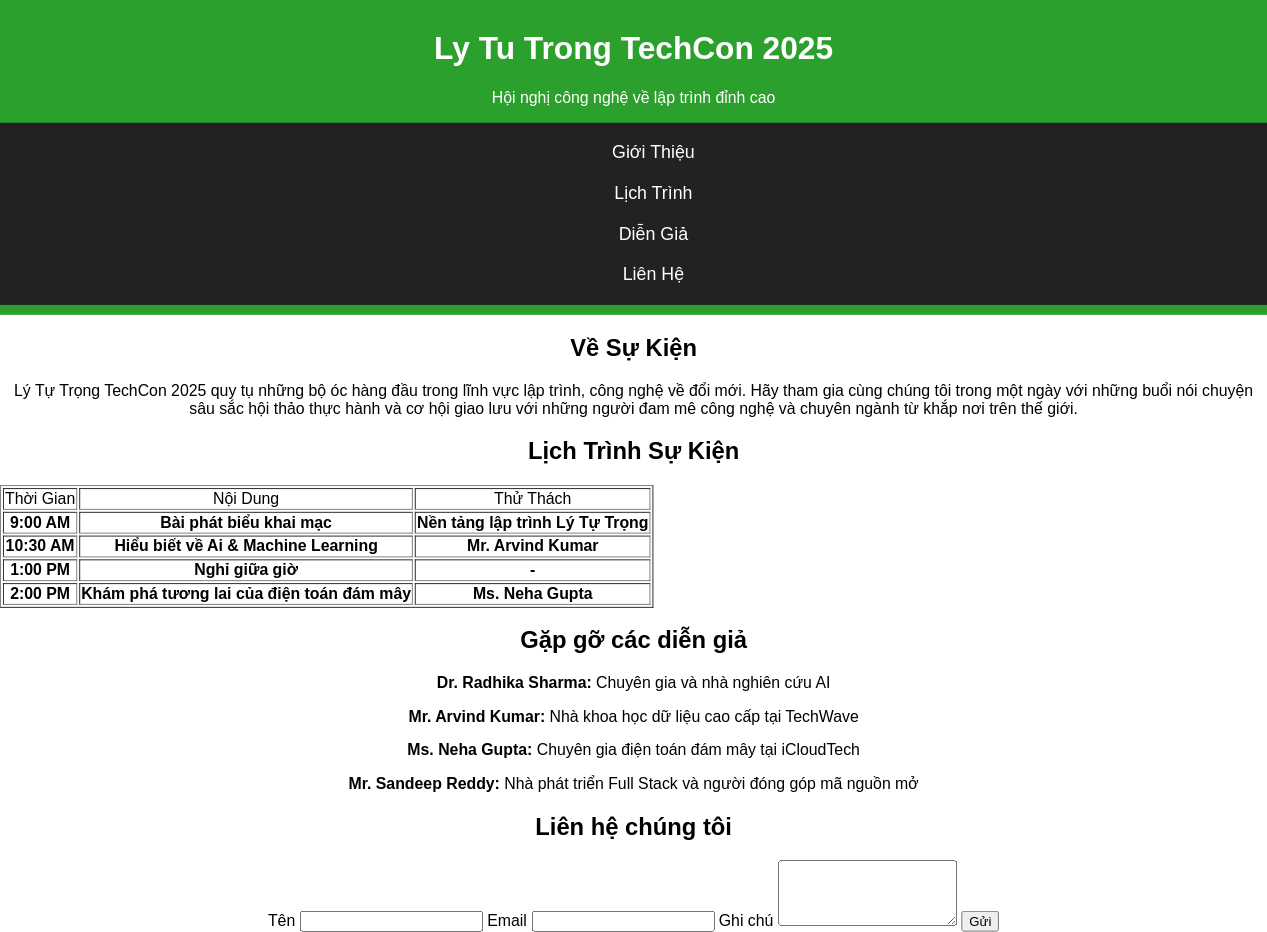
Repository: NhatMinh121/BaiTapVeNha1
Page: index.html
These files come from the project's save history. The page is drawn as it stood at one moment and after the next save; the edit follows.
The browser window is 1280 px wide. The pictures show the whole page, at 99% of full size.

Above is the page before, as saved 2025-03-28 22:49:05.

After the next save:
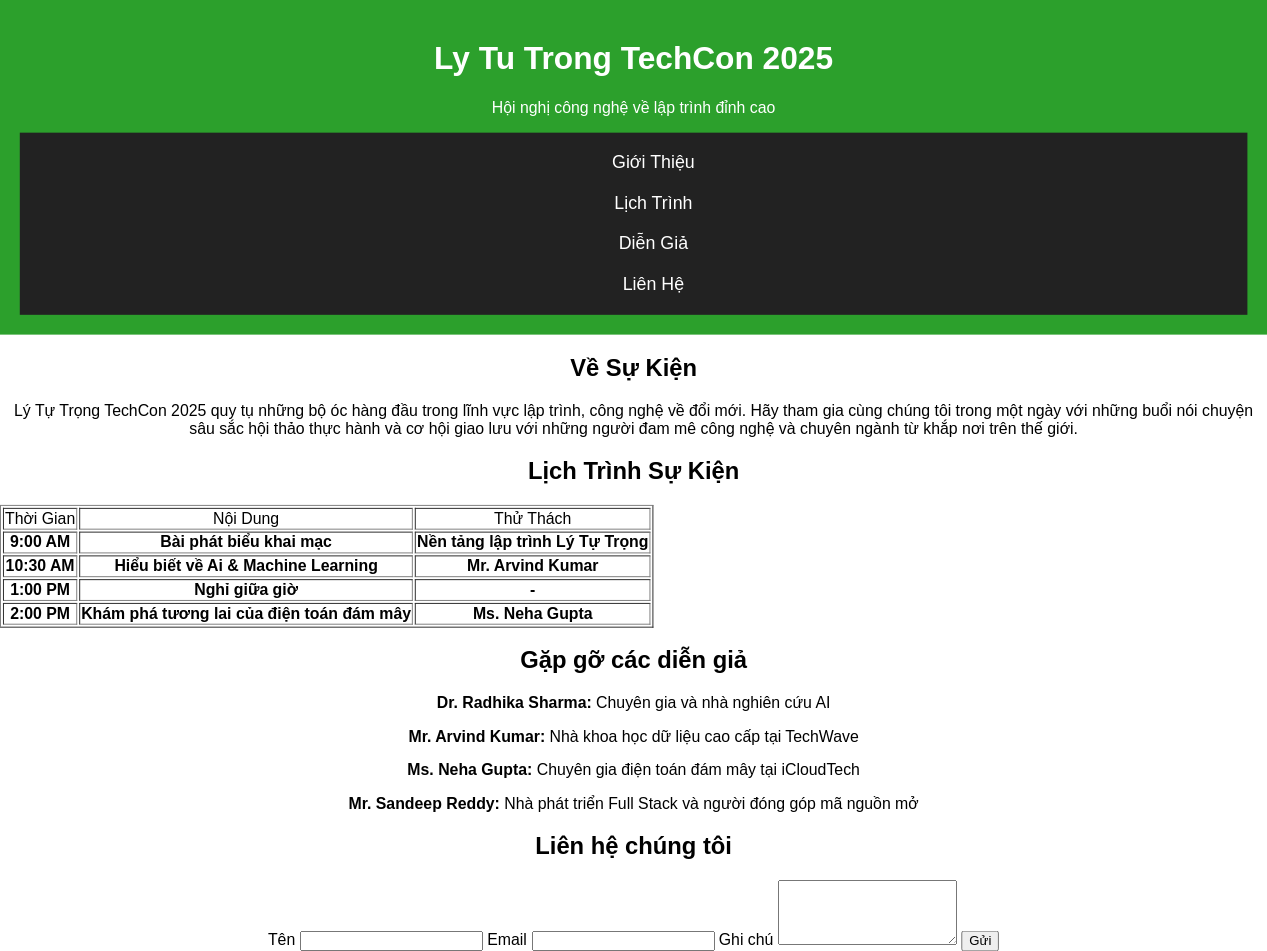
Saved 12 s later.
--- a/style.css
+++ b/style.css
@@ -9,7 +9,7 @@ body {
 header {
     background-color: #2ca02c;
     color: white;
-    padding: 10px 0;
+    padding: 20px;
     text-align: center;
 }
 
